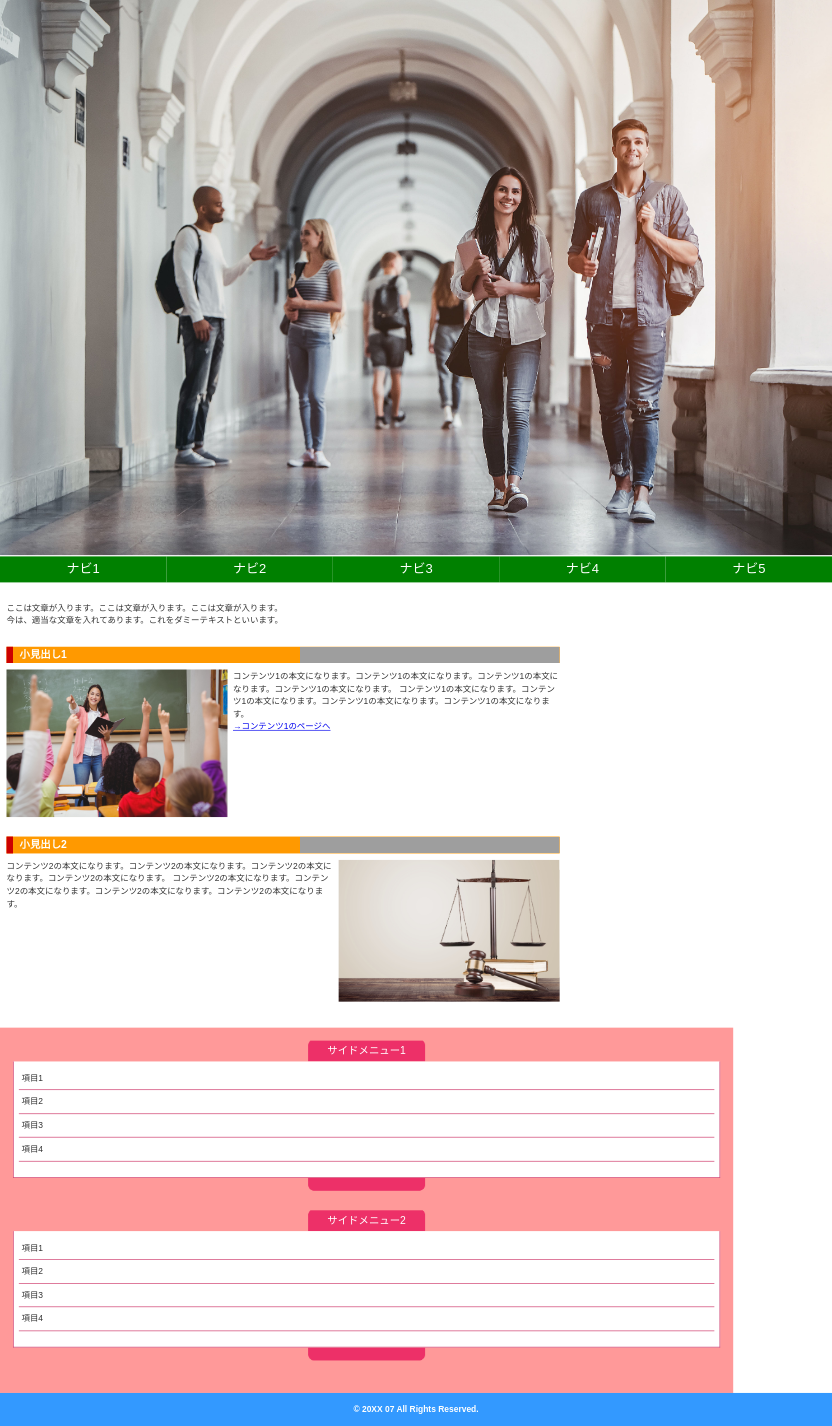
Repository: KOIZUMI-master/samurai_HTML-CSS
Page: home.html
The author's editor kept a record of every edit. The page is drawn from the files as they stood at one moment, then again after the next edit.
The browser window is 1280 px wide. The pictures show the whole page, at 65% of full size.
Pictures or frames that could not be fetched are drawn as grey boxes.

Above is the page before.

### home.html
<!DOCTYPE html>
<html lang="ja">
  <head>
      <meta charset="UTF-8">
  <title>HTML/CSSの学習</title>
  <link rel="stylesheet" href="stylesheet.css">
  </head>


<body>
  <div id="header">
    <h1><a href="index.html"><img id="corridor" src="images/corridor.jpg" alt="大学の廊下" /></a></h1>
  </div>
  <div id="wrapper">
    <div id="nav">
      <ul>
        <li><a href="home.html">ナビ1</a></li>
        <li><a href="#">ナビ2</a></li>
        <li><a href="#">ナビ3</a></li>
        <li><a href="#">ナビ4</a></li>
        <li><a href="#">ナビ5</a></li>
      </ul>
    </div>
    <div id="container">
      <div id="main">
        <div class="post">
          <p>ここは文章が入ります。ここは文章が入ります。ここは文章が入ります。<br />今は、適当な文章を入れてあります。これをダミーテキストといいます。</p>
        </div>
        <div class="post clearfix">
          <h2>小見出し1</h2>
          <img class="left" src="images/classroom.jpg" alt="授業風景" />
          <p>
            コンテンツ1の本文になります。コンテンツ1の本文になります。コンテンツ1の本文になります。コンテンツ1の本文になります。
            コンテンツ1の本文になります。コンテンツ1の本文になります。コンテンツ1の本文になります。コンテンツ1の本文になります。
          </p>
          <p><a href="#">→コンテンツ1のページへ</a></p>
        </div>
        <div class="post clearfix">
          <h2>小見出し2</h2>
          <img class="right" src="images/scale.jpg" alt="天秤" />
          <p>
            コンテンツ2の本文になります。コンテンツ2の本文になります。コンテンツ2の本文になります。コンテンツ2の本文になります。
            コンテンツ2の本文になります。コンテンツ2の本文になります。コンテンツ2の本文になります。コンテンツ2の本文になります。
          </p>
        </div>
      </div>
    </div>

    <div id="side">
      <div class="box">
        <h2>サイドメニュー1</h2>
        <div class="boxBody">
          <ul>
            <li>項目1</li>
            <li>項目2</li>
            <li>項目3</li>
            <li>項目4</li>
          </ul>
        </div>
      </div>
      <div class="box">
        <h2>サイドメニュー2</h2>
        <div class="boxBody">
          <ul>
            <li>項目1</li>
            <li>項目2</li>
            <li>項目3</li>
            <li>項目4</li>
          </ul>
        </div>
      </div>
    </div>

  </div>
  <div id="footer">
    <p>&copy; 20XX 07 All Rights Reserved.</p>
  </div>

</body>




</html>

### stylesheet.css
@charset "utf-8";

body {
	margin: 0;
	padding: 0;
	font-family: "ヒラギノ角ゴ Pro W3", "Hiragino Kaku Gothic Pro", "メイリオ", Meiryo, Osaka, "ＭＳ Ｐゴシック", "MS PGothic", sans-serif;
	color: #333;
	font-size: 13px;
	line-height: 150%;
}

/* -------------------- wrapper -------------------- */
#wrapper {
    width: 100%;
    margin: auto;
    padding: 0px;
    border: 0px;
    background-color: #FFF;
    top: 10px;
}

/* -------------------- header -------------------- */
#header {
	width: 100%;
}
#header h1 {
	margin: 0;
	padding: 0;
}

#corridor {
	width: 100%;
	height: auto;
}

/* -------------------- footer -------------------- */
#footer{
    clear: both;
    width: 100%;
    padding: 3px 0 3px 0;
    background: #39F;
    color: #FFF;
    font-weight: bold;
    text-align: center;
}

#nav{
    width: 100%;
}
#nav ul{
    display: flex;
    margin: 0;
    padding: 0;
    list-style-type: none;
}
#nav ul li{
    width: 20%;
    text-align: center;
}
#nav ul li a{
    display: block;
    height: 20px;
    margin: 0;
    padding: 10px;
    color: #FFF;
    font-size: 20px;
    text-decoration: none;
    background-color: green;
}

#nav ul li a:hover{
    filter: drop-shadow(10px 10px 10px black);
}
#container {
	width: 100%;
	margin: auto ;
	padding: auto;
	padding-top: 20px;
	clear: both;
	display: grid;
	grid-template-columns: 70vw 30vw;
}
#main {
	width: 95%;
	padding: 10px 30px 10px 10px;
}
#main h2 {
	margin: 0 0 10px 0;
	padding: 3px 10px 3px 10px;
	color: #FFF;
	font-size: 16px;
	border-left: solid 10px #C00;
	background: #F90 url(../images/main_h2.jpg) right top repeat-y;
}
#main p {
	margin: 0;
	padding: 0;
}
#main .post {
	margin: 0 0 30px 0;
}

#main .post img.right {
	margin: 0 0 0 8px;
}
#main .post img.left {
	margin: 0 8px 0 0;
}

.right {
	float: right;
	width: 40%;
	height: auto;
}
.left {
	float: left;
	width: 40%;
	height: auto;
}


.clearfix{
    zoom: 1;
}
.clearfix:after{
    content: "";
    display: block;
    clear: both;
}

#side {
	width: 85%;
	padding: 20px;
	background-color: #F99;
}
#side .box {
	margin: 0 auto 30px auto;
	padding: 0 0 20px 0;
	background: url(images/side_box.png) bottom no-repeat;
}
#side .box h2 {
	margin: 0;
	padding: 8px;
	text-align: center;
	color: #fff;
	font-size: 16px;
	line-height: 16px;
	font-weight: normal;
	background: url(images/side_box_h2.png) center no-repeat;
}
#side .box .boxBody {
	padding: 8px;
	border-right: solid 1px #C36;
	border-bottom: solid 1px #C36;
	border-left: solid 1px #C36;
	background: #fff;
}
#side .box .boxBody ul {
	margin: 0 0 16px 0;
	padding: 0;
}
#side .box .boxBody ul li {
	padding: 8px 0 8px 4px;
	list-style: none;
	border-bottom: solid 1px #C36;
}

#side .box .boxBody ul li:hover {
	padding: 8px 0 8px 4px;
	list-style: none;
	border-bottom: solid 1px #C36;
	box-shadow: 0px 4px 4px rgba(0, 0, 0, 0.3);
}

After the next edit:
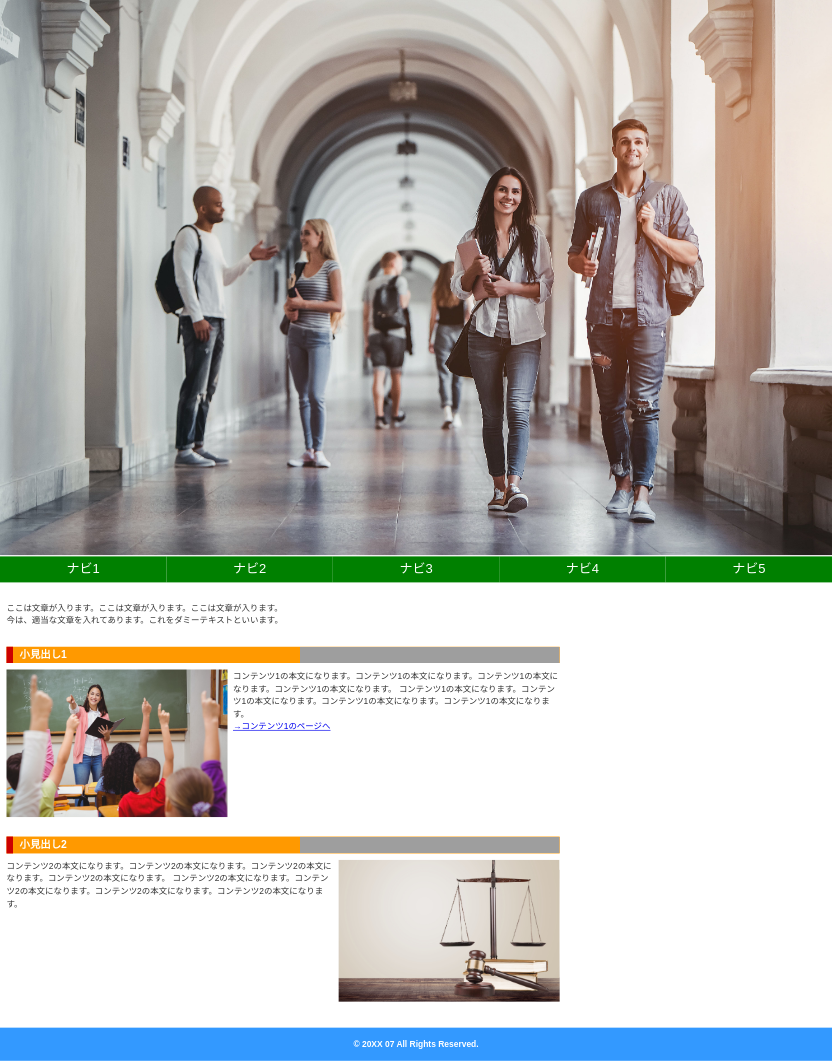
The edit:
--- a/home.html
+++ b/home.html
@@ -46,30 +46,7 @@
       </div>
     </div>
 
-    <div id="side">
-      <div class="box">
-        <h2>サイドメニュー1</h2>
-        <div class="boxBody">
-          <ul>
-            <li>項目1</li>
-            <li>項目2</li>
-            <li>項目3</li>
-            <li>項目4</li>
-          </ul>
-        </div>
-      </div>
-      <div class="box">
-        <h2>サイドメニュー2</h2>
-        <div class="boxBody">
-          <ul>
-            <li>項目1</li>
-            <li>項目2</li>
-            <li>項目3</li>
-            <li>項目4</li>
-          </ul>
-        </div>
-      </div>
-    </div>
+
 
   </div>
   <div id="footer">
